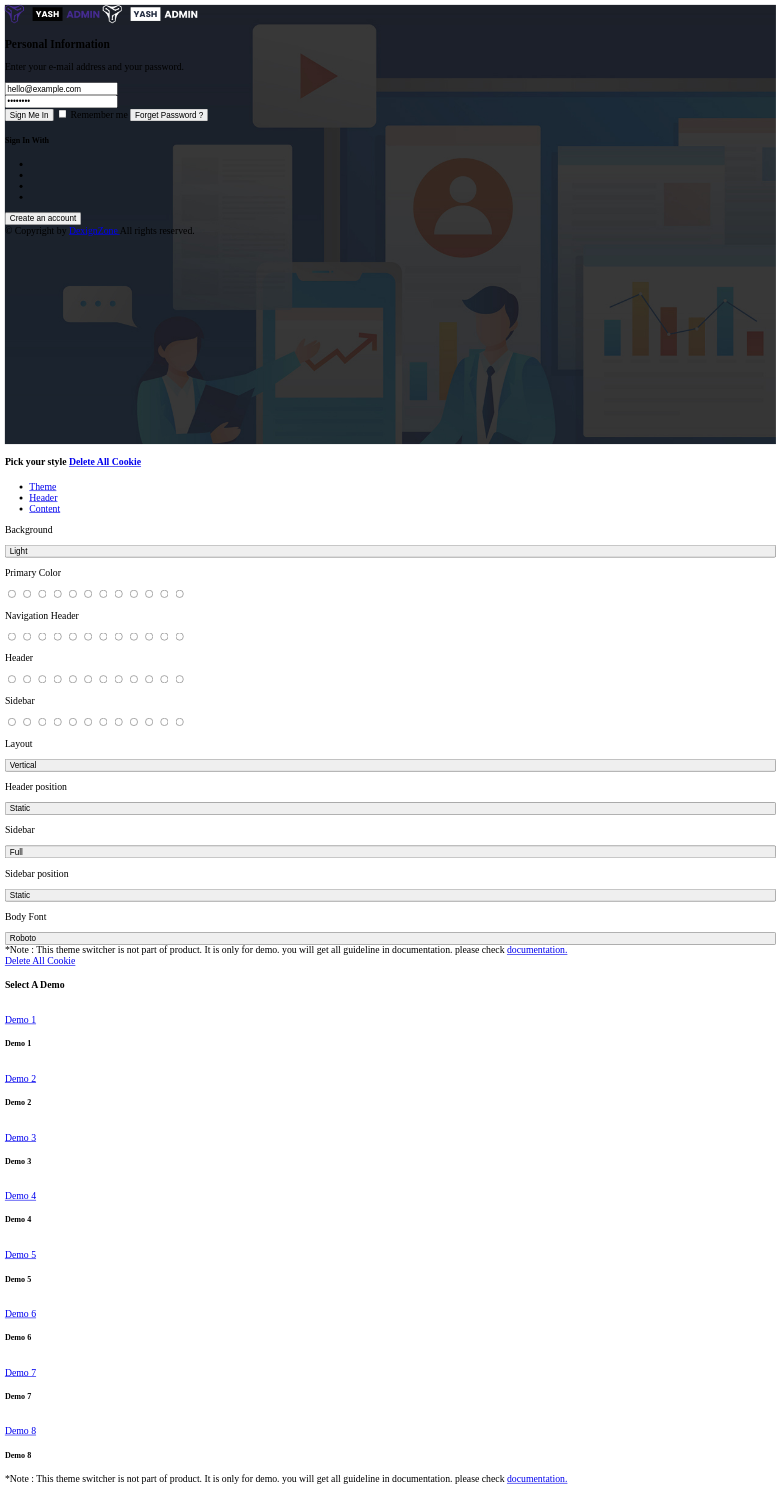
Repository: greatchriz/shipery
Page: http://localhost/login
The author's editor kept a copy of each file at every save. The page is drawn from the files as they stood at one save, then again after the next save.
The browser window is 1280 px wide. The pictures show the whole page, at 61% of full size.
The page is served by the project's Laravel application, run on PHP 8.4 with Laravel 10. Other server files are loaded and not shown.

Above is the page before, as saved 2024-01-27 16:27:19.

### routes/web.php
<?php

use App\Http\Controllers\ItemController;
use App\Http\Controllers\ProfileController;
use Illuminate\Support\Facades\Route;
use App\Http\Controllers\MainPageController;
use App\Http\Controllers\DashboardController;
/*
|--------------------------------------------------------------------------
| Web Routes
|--------------------------------------------------------------------------
|
| Here is where you can register web routes for your application. These
| routes are loaded by the RouteServiceProvider and all of them will
| be assigned to the "web" middleware group. Make something great!
|
*/

Route::get('/', [MainPageController::class, 'home'])->name('home');
Route::get('/about-us', [MainPageController::class, 'aboutUs'])->name('about-us');
Route::get('/contact-us', [MainPageController::class, 'contactUs'])->name('contact-us');
Route::get('/tracking', [MainPageController::class, 'tracking'])->name('tracking');
Route::post('/track', [ItemController::class, 'show'])->name('track');


Route::get('/dashboard', [DashboardController::class, 'dashboard'])->middleware(['auth', 'verified'])->name('dashboard');

Route::middleware('auth')->group(function () {
    Route::get('/profile', [ProfileController::class, 'edit'])->name('profile.edit');
    Route::patch('/profile', [ProfileController::class, 'update'])->name('profile.update');
    Route::delete('/profile', [ProfileController::class, 'destroy'])->name('profile.destroy');
});

require __DIR__.'/auth.php';

### resources/views/auth/login.blade.php
<x-guest-layout>

<div class="tab-pane fade show active" id="nav-personal" role="tabpanel" aria-labelledby="nav-personal-tab">

    <form method="POST" action="{{ route('login') }}" class=" dz-form pb-3">
        @csrf
            <h3 class="form-title m-t0">Personal Information</h3>
            <div class="dz-separator-outer m-b5">
                <div class="dz-separator bg-primary style-liner"></div>
            </div>
            <p>Enter your e-mail address and your password. </p>
            <div class="form-group mb-3">
                <input type="email" name="email" class="form-control" value="hello@example.com">
            </div>
            <div class="form-group mb-3">
                <input type="password" name="password" class="form-control" value="Password">
            </div>
            <div class="form-group text-left mb-5 forget-main">
                <button type="submit" class="btn btn-primary">Sign Me In</button>
                <span class="form-check d-inline-block">
                    <input type="checkbox" class="form-check-input" id="check1" name="example1">
                    <label class="form-check-label" for="check1">Remember me</label>
                </span>
                <button class="nav-link m-auto btn tp-btn-light btn-primary forget-tab " id="nav-forget-tab" data-bs-toggle="tab" data-bs-target="#nav-forget" type="button" role="tab" aria-controls="nav-forget" aria-selected="false">Forget Password ?</button>
            </div>
            <div class="dz-social ">
                <h5 class="form-title fs-20">Sign In With</h5>
                <ul class="dz-social-icon dz-border dz-social-icon-lg text-white">
                    <li><a target="_blank" href="https://www.facebook.com/" class="fab fa-facebook-f btn-facebook"></a></li>
                    <li><a target="_blank" href="https://www.google.com/" class="fab fa-google-plus-g btn-google-plus"></a></li>
                    <li><a target="_blank" href="https://www.linkedin.com/" class="fab fa-linkedin-in btn-linkedin"></a></li>
                    <li><a target="_blank" href="https://twitter.com/" class="fab fa-twitter btn-twitter"></a></li>
                </ul>
            </div>
        </form>
        <div class="text-center bottom">
            <button class="btn btn-primary button-md btn-block" id="nav-sign-tab" data-bs-toggle="tab" data-bs-target="#nav-sign" type="button" role="tab" aria-controls="nav-sign" aria-selected="false">Create an account</button>

        </div>
  </div>
</x-guest-layout>

### resources/views/layouts/guest.blade.php
<!DOCTYPE html>
<html lang="en" class="h-100">

<head>
    <meta charset="utf-8">
    <meta http-equiv="X-UA-Compatible" content="IE=edge">
    <meta name="keywords" content="">
    <meta name="author" content="">
    <meta name="robots" content="">
    <meta name="viewport" content="width=device-width, initial-scale=1">
    <meta name="description" content="Yashadmin:Sales Management System Admin Bootstrap 5 Template">
    <meta property="og:title" content="Yashadmin:Sales Management System Admin Bootstrap 5 Template">
    <meta property="og:description" content="Yashadmin:Sales Management System Admin Bootstrap 5 Template">
    <meta property="og:image" content="https:/yashadmin.dexignzone.com/xhtml/social-image.png">
    <meta name="format-detection" content="telephone=no">

    <title>{{ config('app.name', 'Laravel') }}</title>


    <!-- PAGE TITLE HERE -->
    <title>Yash Admin Sales Management System</title>

    <!-- FAVICONS ICON -->
    <link rel="shortcut icon" type="image/png" href="/otherp/images/favicon.png">
    <link href="/otherp/vendor/bootstrap-select/dist/css/bootstrap-select.min.css" rel="stylesheet">
    <link href="/otherp/css/style.css" rel="stylesheet">

</head>

<body class="vh-100">
    <div class="page-wraper">

        <!-- Content -->
        <div class="browse-job login-style3">
            <!-- Coming Soon -->
            <div class="bg-img-fix overflow-hidden" style="background:#fff url(/otherp/images/background/bg6.jpg); height: 100vh;">
                <div class="row gx-0">
                    <div class="col-xl-4 col-lg-5 col-md-6 col-sm-12 vh-100 bg-white ">
                        <div id="mCSB_1" class="mCustomScrollBox mCS-light mCSB_vertical mCSB_inside" style="max-height: 653px;" tabindex="0">
                            <div id="mCSB_1_container" class="mCSB_container" style="position:relative; top:0; left:0;" dir="ltr">
                                <div class="login-form style-2">


                                    <div class="card-body">
                                        <div class="logo-header">
                                            <a href="index.html" class="logo"><img src="/otherp/images/logo/logo-full.png" alt="" class="width-230 light-logo"></a>
                                            <a href="index.html" class="logo"><img src="/otherp/images/logo/logofull-white.png" alt="" class="width-230 dark-logo"></a>
                                        </div>

                                        <nav>
                                            <div class="nav nav-tabs border-bottom-0" id="nav-tab" role="tablist">

                                                <div class="tab-content w-100" id="nav-tabContent">



                                                    {{ $slot }}

                                                </div>

                                            </div>
                                        </nav>
                                    </div>
                                    <div class="card-footer">
                                        <div class=" bottom-footer clearfix m-t10 m-b20 row text-center">
                                            <div class="col-lg-12 text-center">
                                                <span> © Copyright by <span class="heart"></span>
                                                    <a href="javascript:void(0);">DexignZone </a> All rights
                                                    reserved.</span>
                                            </div>
                                        </div>
                                    </div>

                                </div>
                            </div>
                            <div id="mCSB_1_scrollbar_vertical" class="mCSB_scrollTools mCSB_1_scrollbar mCS-light mCSB_scrollTools_vertical" style="display: block;">
                                <div class="mCSB_draggerContainer">
                                    <div id="mCSB_1_dragger_vertical" class="mCSB_dragger" style="position: absolute; min-height: 0px; display: block; height: 652px; max-height: 643px; top: 0px;">
                                        <div class="mCSB_dragger_bar" style="line-height: 0px;"></div>
                                        <div class="mCSB_draggerRail"></div>
                                    </div>
                                </div>
                            </div>
                        </div>
                    </div>
                </div>
            </div>
            <!-- Full Blog Page Contant -->
        </div>
        <!-- Content END-->
    </div>


    <script src="/otherp/vendor/global/global.min.js"></script>
    <script src="/otherp/vendor/bootstrap-select/dist/js/bootstrap-select.min.js"></script>
    <script src="/otherp/js/deznav-init.js"></script>
    <script src="/otherp/js/custom.js"></script>
    <script src="/otherp/js/demo.js"></script>
    <script src="/otherp/js/styleSwitcher.js"></script>
</body>

</html>

### public/otherp/js/deznav-init.js

"use strict"

var dzSettingsOptions = {};

function getUrlParams(dParam)
	{
		var dPageURL = window.location.search.substring(1),
			dURLVariables = dPageURL.split('&'),
			dParameterName,
			i;

		for (i = 0; i < dURLVariables.length; i++) {
			dParameterName = dURLVariables[i].split('=');

			if (dParameterName[0] === dParam) {
				return dParameterName[1] === undefined ? true : decodeURIComponent(dParameterName[1]);
			}
		}
	}

(function($) {

	"use strict"

	/* var direction =  getUrlParams('dir');

	if(direction == 'rtl')
	{
        direction = 'rtl';
    }else{
        direction = 'ltr';
    } */

	dzSettingsOptions = {
		typography: "poppins",
		version: "light",
		layout: "vertical",
		primary: "color_1",
		headerBg: "color_1",
		navheaderBg: "color_2",
		sidebarBg: "color_2",
		sidebarStyle: "full",
		sidebarPosition: "fixed",
		headerPosition: "fixed",
		containerLayout: "full",
	};




	new dzSettings(dzSettingsOptions);

	jQuery(window).on('resize',function(){
        /*Check container layout on resize */
		///alert(dzSettingsOptions.primary);
        dzSettingsOptions.containerLayout = $('#container_layout').val();
        /*Check container layout on resize END */

		new dzSettings(dzSettingsOptions);
	});

})(jQuery);

### public/otherp/js/demo.js
"use strict"

var themeOptionArr = {
	typography: '',
	version: '',
	layout: '',
	primary: '',
	headerBg: '',
	navheaderBg: '',
	sidebarBg: '',
	sidebarStyle: '',
	sidebarPosition: '',
	headerPosition: '',
	containerLayout: '',
	//direction: '',
};



/* Cookies Function */
function setCookie(cname, cvalue, exhours)
	{
		var d = new Date();
		d.setTime(d.getTime() + (30*60*1000)); /* 30 Minutes */
		var expires = "expires="+ d.toString();
		document.cookie = cname + "=" + cvalue + ";" + expires + ";path=/";
	}

function getCookie(cname)
	{
		var name = cname + "=";
		var decodedCookie = decodeURIComponent(document.cookie);
		var ca = decodedCookie.split(';');
		for(var i = 0; i <ca.length; i++) {
			var c = ca[i];
			while (c.charAt(0) == ' ') {
				c = c.substring(1);
			}
			if (c.indexOf(name) == 0) {
				return c.substring(name.length, c.length);
			}
		}
		return "";
	}

function deleteCookie(cname)
	{
		var d = new Date();
		d.setTime(d.getTime() + (1)); // 1/1000 second
		var expires = "expires="+ d.toString();
		//document.cookie = cname + "=1;" + expires + ";path=/";
		document.cookie = cname + "=;expires=Thu, 01 Jan 1970 00:00:00 GMT"+";path=/";
	}

function deleteAllCookie(reload = true)
	{
		jQuery.each(themeOptionArr, function(optionKey, optionValue) {
				deleteCookie(optionKey);
		});
		if(reload){
			location.reload();
		}
	}

/* Cookies Function END */


(function($) {

	"use strict"

	//var direction =  getUrlParams('dir');
	var theme =  getUrlParams('theme');

	/* Dz Theme Demo Settings  */

	var dzThemeSet0 = { /* Default Theme */
		typography: "poppins",
		version: "light",
		layout: "vertical",
		primary: "color_1",
		headerBg: "color_1",
		navheaderBg: "color_2",
		sidebarBg: "color_2",
		sidebarStyle: "full",
		sidebarPosition: "fixed",
		headerPosition: "fixed",
		containerLayout: "full",
	};

	var dzThemeSet1 = {
		typography: "poppins",
		version: "light",
		layout: "vertical",
		primary: "color_1",
		headerBg: "color_1",
		navheaderBg: "color_4",
		sidebarBg: "color_4",
		sidebarStyle: "full",
		sidebarPosition: "fixed",
		headerPosition: "fixed",
		containerLayout: "full",
	};

	var dzThemeSet2 = {
		typography: "poppins",
		version: "light",
		layout: "horizontal",
		primary: "color_2",
		headerBg: "color_2",
		navheaderBg: "color_2",
		sidebarBg: "color_1",
		sidebarStyle: "full",
		sidebarPosition: "fixed",
		headerPosition: "fixed",
		containerLayout: "full",
	};


	var dzThemeSet3 = {
		typography: "poppins",
		version: "light",
		layout: "vertical",
		primary: "color_8",
		headerBg: "color_1",
		navheaderBg: "color_8",
		sidebarBg: "color_1",
		sidebarStyle: "full",
		sidebarPosition: "fixed",
		headerPosition: "fixed",
		containerLayout: "full",
	};

	var dzThemeSet4 = {
		typography: "poppins",
		version: "light",
		layout: "vertical",
		primary: "color_5",
		headerBg: "color_5",
		navheaderBg: "color_5",
		sidebarBg: "color_1",
		sidebarStyle: "full",
		sidebarPosition: "fixed",
		headerPosition: "fixed",
		containerLayout: "full",
	};

	var dzThemeSet5 = {
		typography: "poppins",
		version: "light",
		layout: "vertical",
		primary: "color_11",
		headerBg: "color_1",
		navheaderBg: "color_11",
		sidebarBg: "color_11",
		sidebarStyle: "full",
		sidebarPosition: "fixed",
		headerPosition: "fixed",
		containerLayout: "full",
	};
	var dzThemeSet6 = {
		typography: "poppins",
		version: "light",
		layout: "vertical",
		primary: "color_5",
		headerBg: "color_1",
		navheaderBg: "color_1",
		sidebarBg: "color_1",
		sidebarStyle: "full",
		sidebarPosition: "fixed",
		headerPosition: "fixed",
		containerLayout: "full",
	};
	var dzThemeSet7 = {
		typography: "poppins",
		version: "light",
		layout: "vertical",
		primary: "color_9",
		headerBg: "color_1",
		navheaderBg: "color_9",
		sidebarBg: "color_9",
		sidebarStyle: "full",
		sidebarPosition: "fixed",
		headerPosition: "fixed",
		containerLayout: "full",
	};
	var dzThemeSet8 = {
		typography: "poppins",
		version: "light",
		layout: "vertical",
		primary: "color_10",
		headerBg: "color_1",
		navheaderBg: "color_10",
		sidebarBg: "color_10",
		sidebarStyle: "mini",
		sidebarPosition: "fixed",
		headerPosition: "fixed",
		containerLayout: "full",
	};


	function themeChange(theme){
		var themeSettings = {};
		themeSettings = eval('dzThemeSet'+theme);
		dzSettingsOptions = themeSettings; /* For Screen Resize */
		new dzSettings(themeSettings);

		setThemeInCookie(themeSettings);
	}

	function setThemeInCookie(themeSettings)
	{
		//console.log(themeSettings);
		jQuery.each(themeSettings, function(optionKey, optionValue) {
			setCookie(optionKey,optionValue);
		});
	}

	function setThemeLogo() {
		var logo = getCookie('logo_src');

		var logo2 = getCookie('logo_src2');

		if(logo != ''){
			jQuery('.nav-header .logo-abbr').attr("src", logo);
		}

		if(logo2 != ''){
			jQuery('.nav-header .logo-compact, .nav-header .brand-title').attr("src", logo2);
		}
	}

	function setThemeOptionOnPage()
	{
		if(getCookie('version') != '')
		{
			jQuery.each(themeOptionArr, function(optionKey, optionValue) {
				var optionData = getCookie(optionKey);
				themeOptionArr[optionKey] = (optionData != '')?optionData:dzSettingsOptions[optionKey];
			});
			//console.log(themeOptionArr);
			dzSettingsOptions = themeOptionArr;
			new dzSettings(dzSettingsOptions);

			setThemeLogo();
		}
	}

	jQuery(document).on('click', '.dz_theme_demo', function(){
		var demoTheme = jQuery(this).data('theme');
		themeChange(demoTheme, 'ltr');

	});


	jQuery(document).on('click', '.dz_theme_demo_rtl', function(){
		var demoTheme = jQuery(this).data('theme');
		themeChange(demoTheme, 'rtl');
	});


	jQuery(window).on('load', function(){
		//direction = (direction != undefined)?direction:'ltr';
		if(theme != undefined){
			themeChange(theme);
		}else if(getCookie('version') == ''){
				themeChange(0);

		}

		/* Set Theme On Page From Cookie */
		setThemeOptionOnPage();
	});


})(jQuery);

Loaded but not shown: app/Providers/AppServiceProvider.php (common file); routes/auth.php (common file); app/Http/Controllers/Auth/EmailVerificationPromptController.php (common file); app/Http/Controllers/Controller.php (common file); app/Http/Controllers/Auth/VerifyEmailController.php (common file); app/Http/Controllers/Auth/AuthenticatedSessionController.php (common file); app/View/Components/GuestLayout.php (common file); public/otherp/js/styleSwitcher.js (225 lines, source omitted); public/otherp/js/custom.js (746 lines, source omitted)

After the next save:
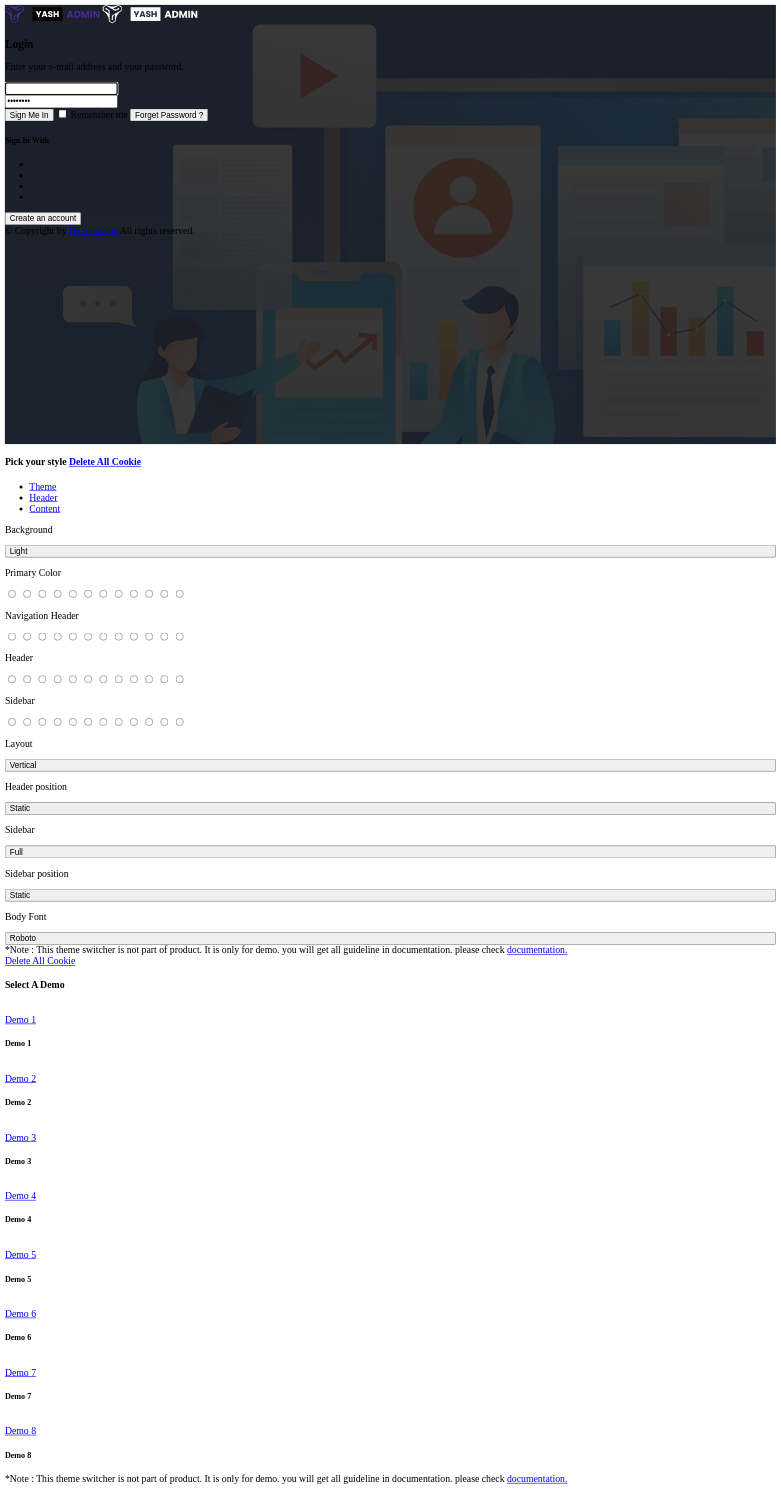
Saved 93 s later.
--- a/resources/views/auth/login.blade.php
+++ b/resources/views/auth/login.blade.php
@@ -4,13 +4,13 @@
 
     <form method="POST" action="{{ route('login') }}" class=" dz-form pb-3">
         @csrf
-            <h3 class="form-title m-t0">Personal Information</h3>
+            <h3 class="form-title m-t0">Login</h3>
             <div class="dz-separator-outer m-b5">
                 <div class="dz-separator bg-primary style-liner"></div>
             </div>
             <p>Enter your e-mail address and your password. </p>
             <div class="form-group mb-3">
-                <input type="email" name="email" class="form-control" value="hello@example.com">
+                <input type="email" name="email" class="form-control" :value="old('email')" required autofocus autocomplete="username" >
             </div>
             <div class="form-group mb-3">
                 <input type="password" name="password" class="form-control" value="Password">
